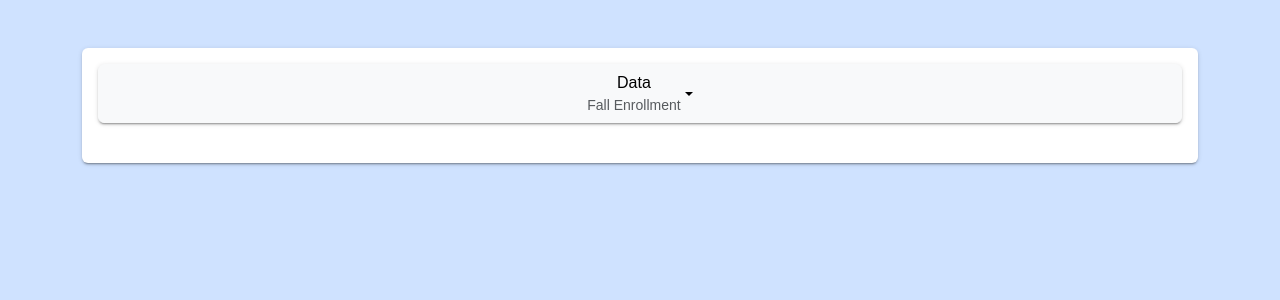
Repository: chancellor-w-whitaker/trying-context
Page: /
These files come from the project's save history. The page is drawn as it stood at one moment and after the next save; the edit follows.
The browser window is 1280 px wide. The pictures show the whole page.
The page's requests for data from a server got no answer. Some web fonts or font styles are not loaded; a fallback is used. The project was rebuilt for these pictures with package versions that can differ from the ones it lists, and the page was loaded fresh each time. No one was signed in, and anything a server would have sent is missing. Also part of the build but not shown: vite.config.js.

Above is the page before, as saved 2024-01-14 16:13:27.

After the next save:
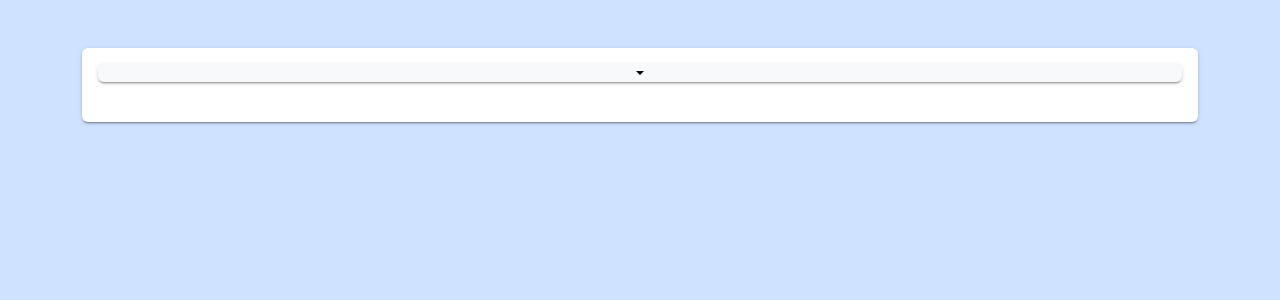
Saved 2 min 11 s later.
--- a/src/App.jsx
+++ b/src/App.jsx
@@ -29,12 +29,12 @@ const App = () => {
               data-bs-auto-close="outside"
               variant="light"
             >
-              <span>
+              {/* <span>
                 Data
                 <small className="d-block text-body-secondary">
                   {fileNames.find(({ id }) => id === fileName).displayName}
                 </small>
-              </span>
+              </span> */}
             </DropdownButton>
             <DropdownMenu
               className="shadow-sm overflow-y-scroll"
